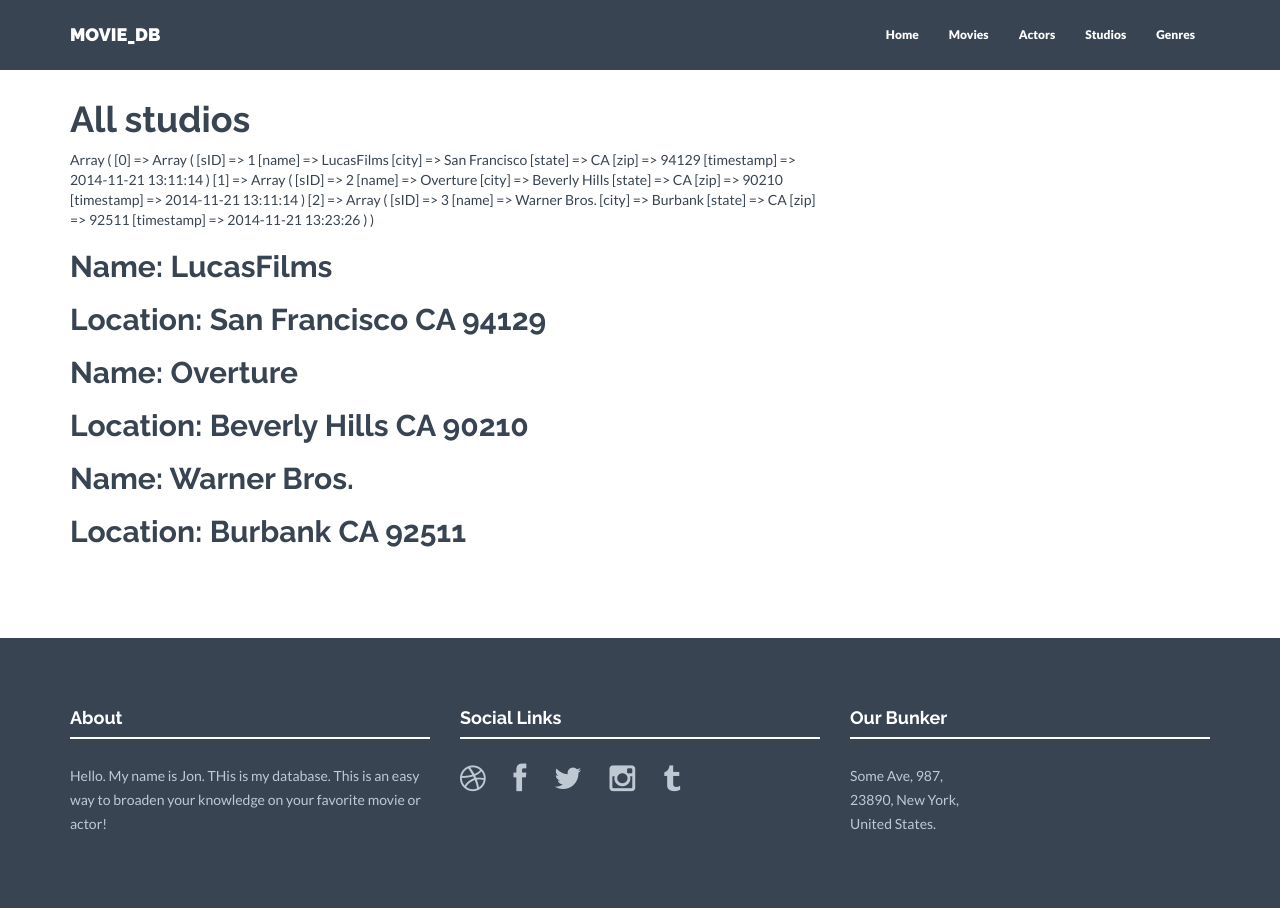
Repository: jonak91/Buzzerd-index
Page: http://localhost/studios.php
The author's editor kept a record of every edit. The page is drawn from the files as they stood at one moment, then again after the next edit.
The browser window is 1280 px wide. The pictures show the whole page.
Some web libraries are served in a nearby version. The page is run by PHP 8.4 with error messages shown; the project is at /var/www/html/. The database holds what the project's SQL file puts in it.

Above is the page before.
Not found: assets/js/modernizr.js

After the next edit:
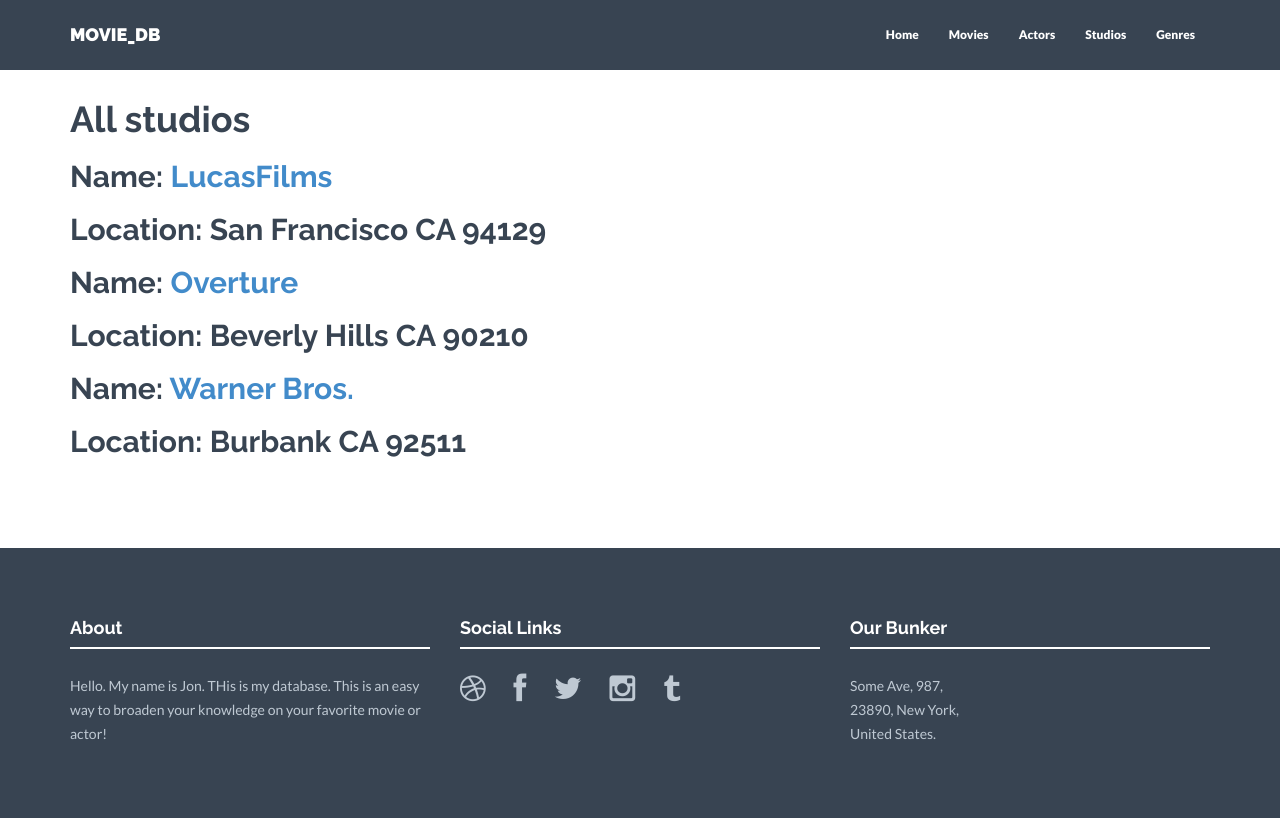
The edit:
--- a/studios.php
+++ b/studios.php
@@ -10,9 +10,8 @@
 
 		 		<?php
 		 		$studios = get_studios();
-		 		print_r(get_studios());
 		 		foreach ($studios as $studio) { ?>
-		 		<h2>Name: <?php echo $studio['name']; ?></h2>
+		 		<h2>Name: <a href="studio.php?sID=<?php echo $studio['sID']; ?>"><?php echo $studio['name']; ?></a></h2>
 		 		<h2>Location: <?php echo $studio['city'].' '. $studio['state'].' '. $studio['zip']; ?></h2>
 		 		<?php } ?>
 			</div><! --/ MAIN CONTENT AREA -->
